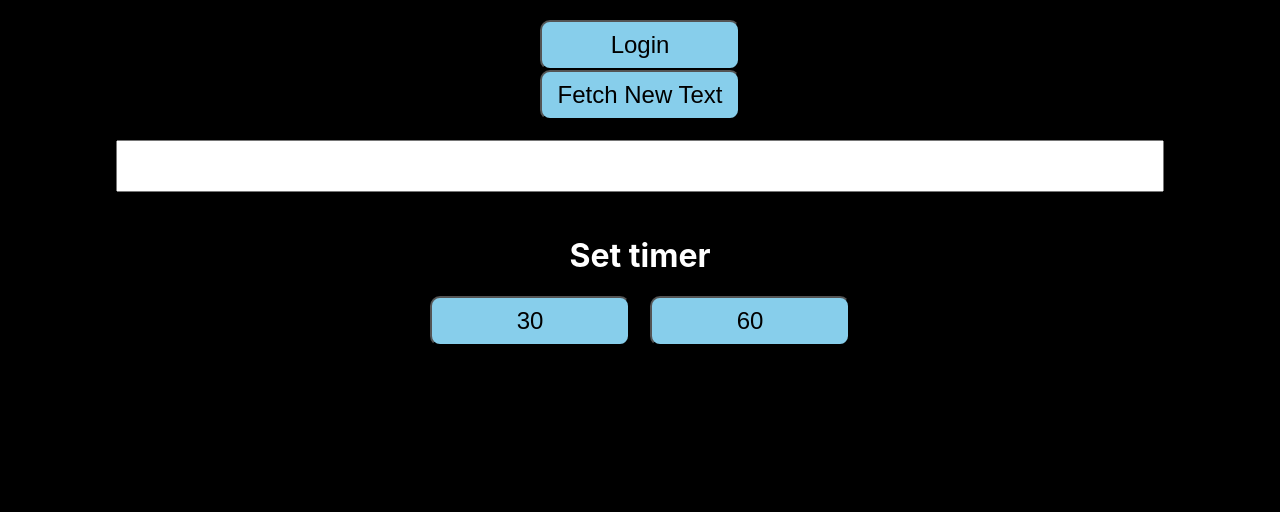
Repository: abhaysharma20233009/swiftKey
Page: / (app in frontend/my-app/)
These files come from the project's save history. The page is drawn as it stood at one moment and after the next save; the edit follows.
The browser window is 1280 px wide. The pictures show the whole page.
The page's requests for data from a server got no answer. The project was rebuilt for these pictures with package versions that can differ from the ones it lists, and the page was loaded fresh each time. No one was signed in, and anything a server would have sent is missing. Also part of the build but not shown: frontend/my-app/src/Results.js, frontend/my-app/src/Login.js.

Above is the page before, as saved 2024-10-10 15:16:15.

After the next save:
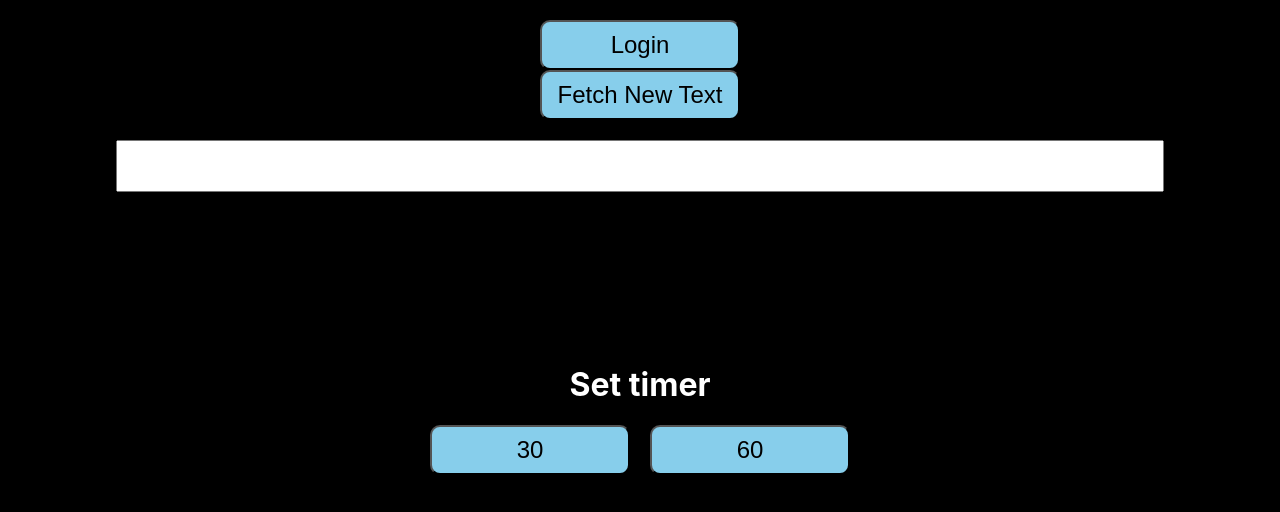
Saved 55 s later.
--- a/frontend/my-app/src/Swifts.js
+++ b/frontend/my-app/src/Swifts.js
@@ -79,9 +79,9 @@
                 }}
                 placeholder={currentWord.slice(inputValue.length)}
             />
-            <div className="para" style={{ fontSize: '24px', marginTop: '10px' }}>
+            <p className="para" style={{ fontSize: '24px', marginTop: '100px' }}>
                 {words.map((word, index) => (
-                    <p
+                    <span
                         key={index}
                         style={{
                             padding: '0 5px',
@@ -90,9 +90,9 @@
                         }}
                     >
                         {word}
-                    </p>
+                    </span>
                 ))}
-            </div>
+            </p>
 
             <h1>Set timer</h1>
             <button className="log" onClick={() => setTime(30)}>30</button>

After the save that followed:
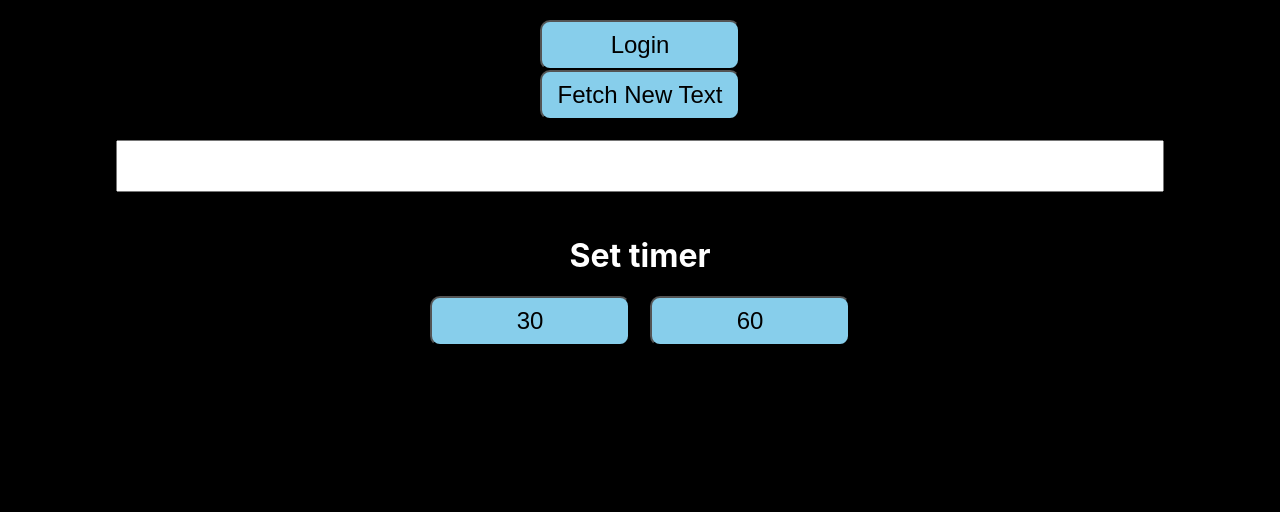
Saved 25 s later.
--- a/frontend/my-app/src/Swifts.js
+++ b/frontend/my-app/src/Swifts.js
@@ -79,9 +79,9 @@
                 }}
                 placeholder={currentWord.slice(inputValue.length)}
             />
-            <p className="para" style={{ fontSize: '24px', marginTop: '100px' }}>
+            <div className="para" style={{ fontSize: '24px', marginTop: '10px' }}>
                 {words.map((word, index) => (
-                    <span
+                    <p
                         key={index}
                         style={{
                             padding: '0 5px',
@@ -90,9 +90,9 @@
                         }}
                     >
                         {word}
-                    </span>
+                    </p>
                 ))}
-            </p>
+            </div>
 
             <h1>Set timer</h1>
             <button className="log" onClick={() => setTime(30)}>30</button>
